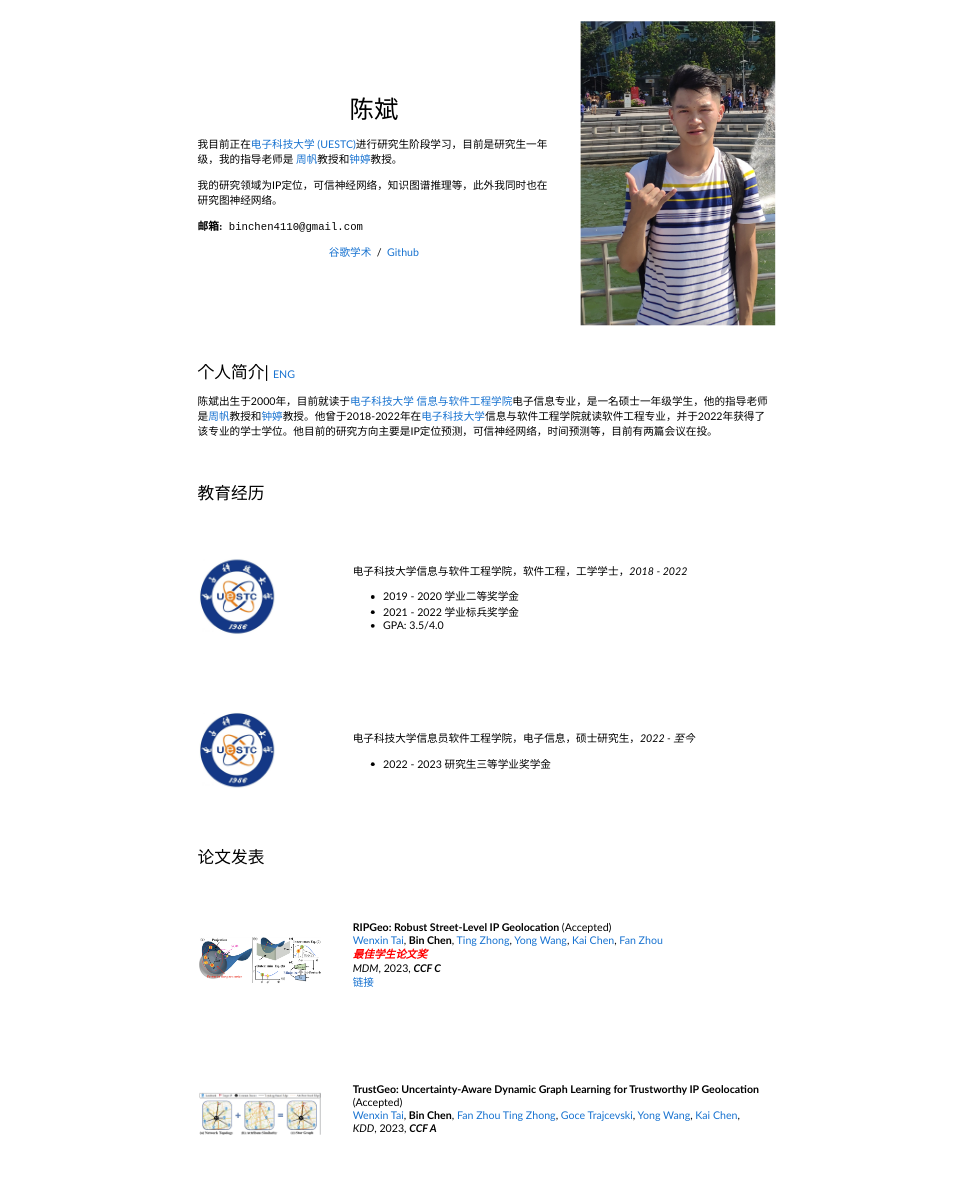
Repository: b1nchen/b1nchen.github.io
Page: index_CHN.html
An editor plug-in stored every save of this project. The page is shown before and after a run of saves, followed by the edit.
The browser window is 1280 px wide. The pictures show the part of the page from y = 0 to 1578 px (the page is 1950 px tall), at 76% of full size.
A picture or video elsewhere on the page could not be fetched, so the positions and the page height are approximate.

Above is the page before, as saved 2023-07-06 11:16:08.

### index_CHN.html
<!DOCTYPE HTML>
<html lang="en">

<head>
  <meta http-equiv="Content-Type" content="text/html; charset=UTF-8">

  <title>Bin Chen</title>

  <meta name="author" content="Bin Chen">
  <meta name="viewport" content="width=device-width, initial-scale=1">

  <link rel="stylesheet" type="text/css" href="stylesheet.css">
  <link rel="icon" href="images/uestc_icon.jpeg">
</head>

<body>
  <table
    style="width:100%;max-width:800px;border:0px;border-spacing:0px;border-collapse:separate;margin-right:auto;margin-left:auto;">
    <tbody>
      <tr style="padding:0px">
        <td style="padding:0px">
          <table
            style="width:100%;border:0px;border-spacing:0px;border-collapse:separate;margin-right:auto;margin-left:auto;">
            <tbody>
              <tr style="padding:0px">
                <td style="padding:2.5%;width:63%;vertical-align:middle">
                  <p style="text-align:center">
                    <name>陈斌</name>
                  </p>
                  <p>我目前正在<a href="https://en.uestc.edu.cn/">电子科技大学 (UESTC)</a>进行研究生阶段学习，目前是研究生一年级，我的指导老师是 <a
                      href="https://scholar.google.com/citations?user=Ihj2Rw8AAAAJ">周帆</a>教授和<a
                      href="https://scholar.google.com/citations?user=Mdr0XDkAAAAJ">钟婷</a>教授。
                  </p>
                  <p>
                    我的研究领域为IP定位，可信神经网络，知识图谱推理等，此外我同时也在研究图神经网络。
                  </p>
                  <p style="font-family: 'Courier New', Courier, monospace;">
                    <b style="font-family: 'Times New Roman', Times, serif;">邮箱:</b> binchen4110@gmail.com
                    <br>
                    <!-- &nbsp &nbsp &nbsp
                    haoyang[dot]yu417[at]outlook.com <br> -->


                  </p>
                  <p style="text-align:center">
                    <!-- <a href="resume/resume_chn.pdf">个人简历</a> &nbsp/&nbsp -->
                    <a>谷歌学术</a>
                    &nbsp/&nbsp
                    <a href="https://github.com/binchen4110/">Github</a>
                  </p>

                </td>
                <td style="padding:2.5%;width:40%;max-width:40%">
                  <a href="images/profile.jpg"><img style="width:100%;max-width:100%" alt="profile photo"
                      src="images/profile.jpg" class="hoverZoomLink"></a>
                </td>
              </tr>
            </tbody>
          </table>

          <table
            style="width:100%;border:0px;border-spacing:0px;border-collapse:separate;margin-right:auto;margin-left:auto;">
            <tbody>
              <tr>
                <td style="padding:20px;width:100%;vertical-align:middle">
                  <heading>个人简介| <a href="index.html">ENG</a>
                  </heading>
                  <p>
                    陈斌出生于2000年，目前就读于<a
                    href="https://www.uestc.edu.cn/">电子科技大学</a>  <a
                    href="https://www.sise.uestc.edu.cn/">信息与软件工程学院</a>电子信息专业，是一名硕士一年级学生，他的指导老师是<a
                      href="https://scholar.google.com/citations?user=Ihj2Rw8AAAAJ">周帆</a>教授和<a
                      href="https://scholar.google.com/citations?user=Mdr0XDkAAAAJ">钟婷</a>教授。他曾于2018-2022年在<a href="https://www.uestc.edu.cn/">电子科技大学</a>信息与软件工程学院就读软件工程专业，并于2022年获得了该专业的学士学位。他目前的研究方向主要是IP定位预测，可信神经网络，时间预测等，目前有两篇会议在投。<br>

                  </p>
                </td>
              </tr>
            </tbody>
          </table>
          <table
            style="width:100%;border:0px;border-spacing:0px;border-collapse:separate;margin-right:auto;margin-left:auto;">
            <tbody>

            </tbody>
          </table>

          <table
            style="width:100%;border:0px;border-spacing:0px;border-collapse:separate;margin-right:auto;margin-left:auto;">
            <tbody>
              <tr>
                <td style="padding:20px;width:100%;vertical-align:middle">
                  <heading>教育经历</heading>
                </td>
              </tr>
            </tbody>
          </table>
          <table width="100%" align="center" border="0" cellpadding="20">
            <tbody>

              <tr>
                <td style="padding:20px;width:25%;vertical-align:middle">
                  <div class="flexbox">
                    <img src='images/uestc_icon.jpeg' width="100px">
                  </div>
                </td>
                <td style="padding:20px;width:75%;vertical-align:middle">
                  <p>电子科技大学信息与软件工程学院，软件工程，工学学士，<em>2018 -  2022 </em></p>
                  <ul>
                    <li>
                      2019 - 2020 学业二等奖学金
                    </li>
                    <li>
                      2021 - 2022 学业标兵奖学金
                    </li>
                    <li>
                      GPA: 3.5/4.0
                    </li>
                  </ul>
                  <p> </p>
                </td>
              </tr>


              <tr>
                <td style="padding:20px;width:25%;vertical-align:middle">
                  <div class="flexbox">
                    <img src='images/uestc_icon.jpeg' width="100px">
                  </div>
                </td>
                <td style="padding:20px;width:75%;vertical-align:middle">
                  <p>电子科技大学信息员软件工程学院，电子信息，硕士研究生，<em>2022 - 至今</em></p>
                  <ul>
                    <li>2022 - 2023 研究生三等学业奖学金</li>
                  </ul>
                </td>
              </tr>


              <!-- <tr>
                <td align="center" style="padding:20px;width:25%;vertical-align:middle">
                  <heading>Basically <br> Blog Posts</heading>
                </td>
                <td width="75%" valign="middle">
                  <a href="https://arxiv.org/abs/2112.11687">Squareplus: A Softplus-Like Algebraic Rectifier</a>
                  <br>
                  <a href="https://arxiv.org/abs/2010.09714">A Convenient Generalization of Schlick's Bias and Gain
                    Functions</a>
                  <br>
                  <a href="https://arxiv.org/abs/1704.07483">Continuously Differentiable Exponential Linear Units</a>
                </td>
              </tr> -->


            </tbody>
          </table>

          <table width="100%" align="center" border="0" cellspacing="0" cellpadding="20">
            <tbody>
              <tr>
                <td>
                  <heading>论文发表</heading>
                </td>
              </tr>
            </tbody>
          </table>
          <table width="100%" align="center" border="0" cellpadding="20">
            <tbody>

              <!-- MDM 2023 -->
                <tr onmouseout="ripgeo_data()" onmouseover="ripgeo_para()">
                  <td style="padding:20px;width:25%;vertical-align:middle">
                    <div class="one">
                      <div class="two" id='data'>
                        <img src='images/ripgeo_perturb_data.png' width="160">


                      </div>
                      <img src="images/ripgeo_perturb_para.png" width="160">
                    </div>
                    <script type="text/javascript">
                      function ripgeo_data() {
                        document.getElementById('data').style.opacity = "0";
                      }

                      function ripgeo_para() {
                        document.getElementById('data').style.opacity = "1";
                      }
                      ripgeo_data()
                    </script>
                  </td>
                  <td style="padding:20px;width:75%;vertical-align:middle">

                    <papertitle>RIPGeo: Robust Street-Level IP Geolocation </papertitle>(Accepted)

                    <br>
                    <a href="https://scholar.google.com/citations?user=YyxocAIAAAAJ">Wenxin Tai</a>,
                    <strong>Bin Chen</strong>,
                    <a href="https://scholar.google.com/citations?user=Mdr0XDkAAAAJ">Ting Zhong</a>,
                    <a>Yong Wang</a>,
                    <a href="https://scholar.google.com/citations?user=tnRV5QYAAAAJ">Kai Chen</a>,
                    <a href="https://scholar.google.com/citations?user=Ihj2Rw8AAAAJ">Fan Zhou</a>

                    <br>
                    <em><b style="color:red">最佳学生论文奖</b></em>
                    <br>
                    <em>MDM</em>, 2023, <em><strong>CCF C</strong></em>
                    <br>
                    <a href="https://drive.google.com/file/d/1PgxtmzdQAYr9Ti3rvHGgnyf05PbP-WwI/view?usp=drive_link">链接</a>
                    <!-- <a href="https://ieeexplore.ieee.org/document/9747900">链接</a>,
                    <a href="https://youtu.be/uT1pEfHbo14">视频</a>,
                    <a href="papers/ICASSP_5513_poster.pdf">海报</a>,
                    <a href="papers/ICASSP_slides.pptx">幻灯片</a>,
                    <a href="papers/ICASSP_2022_FUFI.pdf">下载</a>
                    <p></p>
                    <p>We incorporate evidential learning into IP geolocation to improve the stability of the system.. -->
                    </p>
                  </td>
                </tr>


                <!-- KDD 2023 -->
                <tr onmouseout="FUFI_intro()" onmouseover="FUFI_end()">
                  <td style="padding:20px;width:25%;vertical-align:middle">
                    <div class="one">
                      <div class="two" id='method'>
                        <img src='images/trustgeo_method.png' width="160">


                      </div>
                      <img src="images/trustgeo_model.png" width="160">
                    </div>
                    <script type="text/javascript">
                      function FUFI_intro() {
                        document.getElementById('method').style.opacity = "0";
                      }

                      function FUFI_end() {
                        document.getElementById('method').style.opacity = "1";
                      }
                      FUFI_intro()
                    </script>
                  </td>
                  <td style="padding:20px;width:75%;vertical-align:middle">

                    <papertitle>TrustGeo: Uncertainty-Aware Dynamic Graph Learning for Trustworthy IP Geolocation </papertitle>(Accepted)

                    <br>
                    <a href="https://scholar.google.com/citations?user=YyxocAIAAAAJ">Wenxin Tai</a>,
                    <strong>Bin Chen</strong>,
                    <a href="https://scholar.google.com/citations?user=Ihj2Rw8AAAAJ">Fan Zhou</a>
                    <a href="https://scholar.google.com/citations?user=Mdr0XDkAAAAJ">Ting Zhong</a>,
                    <a href="https://scholar.google.com/citations?user=Avus2kcAAAAJ">Goce Trajcevski</a>,
                    <a>Yong Wang</a>,
                    <a href="https://scholar.google.com/citations?user=tnRV5QYAAAAJ">Kai Chen</a>,

                    <br>
                    <em>KDD</em>, 2023, <em><strong>CCF A</strong></em>
                    <br>
                    <!-- <a href="https://ieeexplore.ieee.org/document/9747900">链接</a>,
                    <a href="https://youtu.be/uT1pEfHbo14">视频</a>,
                    <a href="papers/ICASSP_5513_poster.pdf">海报</a>,
                    <a href="papers/ICASSP_slides.pptx">幻灯片</a>,
                    <a href="papers/ICASSP_2022_FUFI.pdf">下载</a>
                    <p></p>
                    <p>We incorporate evidential learning into IP geolocation to improve the stability of the system.. -->
                    </p>
                  </td>
                </tr>


              </tbody>
          </table>
        </td>
      </tr>
  </table>
  <center>
  <p>
    <font size="2">
      <font size="2">
        <font size="2">&nbsp;<br>自2023年2月来的第
          &nbsp; <a href="https://www.easycounter.com/">
            <img src="https://www.easycounter.com/counter.php?hyson"
            border="0" alt="Web Site Hit Counter"></a> <i>
            <font face="Arial" size="2"></font>
          </i></font>位独立访客
      </font>
    </font>
  </p>


  <!-- <p><script type="text/javascript" id="clustrmaps" src="//clustrmaps.com/map_v2.js?d=zTeQ7rUwgmcb-VHkgGnJarI7gvpzTVAFessGPwxe0HU&cl=ffffff&w=a"></script></p> -->
  <p style="color: #AAAAAA;">© 2023 陈斌 | Powered by <a href="https://pattonyu.github.io/">余昊扬</a> and <a href="https://jonbarron.info/">Jon Barron </a> | 更新时间
      2023-02-28 |
      友情链接: <a href="https://xovee.cn">Xovee Xu</a></p>
  </center>
</body>

</html>

### stylesheet.css
/* latin-ext */
@font-face {
  font-family: 'Lato';
  font-style: italic;
  font-weight: 400;
  src: local('Lato Italic'), local('Lato-Italic'), url(https://fonts.gstatic.com/s/lato/v15/S6u8w4BMUTPHjxsAUi-qNiXg7eU0.woff2) format('woff2');
  unicode-range: U+0100-024F, U+0259, U+1E00-1EFF, U+2020, U+20A0-20AB, U+20AD-20CF, U+2113, U+2C60-2C7F, U+A720-A7FF;
}
/* latin */
@font-face {
  font-family: 'Lato';
  font-style: italic;
  font-weight: 400;
  src: local('Lato Italic'), local('Lato-Italic'), url(https://fonts.gstatic.com/s/lato/v15/S6u8w4BMUTPHjxsAXC-qNiXg7Q.woff2) format('woff2');
  unicode-range: U+0000-00FF, U+0131, U+0152-0153, U+02BB-02BC, U+02C6, U+02DA, U+02DC, U+2000-206F, U+2074, U+20AC, U+2122, U+2191, U+2193, U+2212, U+2215, U+FEFF, U+FFFD;
}
/* latin-ext */
@font-face {
  font-family: 'Lato';
  font-style: italic;
  font-weight: 700;
  src: local('Lato Bold Italic'), local('Lato-BoldItalic'), url(https://fonts.gstatic.com/s/lato/v15/S6u_w4BMUTPHjxsI5wq_FQftx9897sxZ.woff2) format('woff2');
  unicode-range: U+0100-024F, U+0259, U+1E00-1EFF, U+2020, U+20A0-20AB, U+20AD-20CF, U+2113, U+2C60-2C7F, U+A720-A7FF;
}
/* latin */
@font-face {
  font-family: 'Lato';
  font-style: italic;
  font-weight: 700;
  src: local('Lato Bold Italic'), local('Lato-BoldItalic'), url(https://fonts.gstatic.com/s/lato/v15/S6u_w4BMUTPHjxsI5wq_Gwftx9897g.woff2) format('woff2');
  unicode-range: U+0000-00FF, U+0131, U+0152-0153, U+02BB-02BC, U+02C6, U+02DA, U+02DC, U+2000-206F, U+2074, U+20AC, U+2122, U+2191, U+2193, U+2212, U+2215, U+FEFF, U+FFFD;
}
/* latin-ext */
@font-face {
  font-family: 'Lato';
  font-style: normal;
  font-weight: 400;
  src: local('Lato Regular'), local('Lato-Regular'), url(https://fonts.gstatic.com/s/lato/v15/S6uyw4BMUTPHjxAwXiWtFCfQ7A.woff2) format('woff2');
  unicode-range: U+0100-024F, U+0259, U+1E00-1EFF, U+2020, U+20A0-20AB, U+20AD-20CF, U+2113, U+2C60-2C7F, U+A720-A7FF;
}
/* latin */
@font-face {
  font-family: 'Lato';
  font-style: normal;
  font-weight: 400;
  src: local('Lato Regular'), local('Lato-Regular'), url(https://fonts.gstatic.com/s/lato/v15/S6uyw4BMUTPHjx4wXiWtFCc.woff2) format('woff2');
  unicode-range: U+0000-00FF, U+0131, U+0152-0153, U+02BB-02BC, U+02C6, U+02DA, U+02DC, U+2000-206F, U+2074, U+20AC, U+2122, U+2191, U+2193, U+2212, U+2215, U+FEFF, U+FFFD;
}
/* latin-ext */
@font-face {
  font-family: 'Lato';
  font-style: normal;
  font-weight: 700;
  src: local('Lato Bold'), local('Lato-Bold'), url(https://fonts.gstatic.com/s/lato/v15/S6u9w4BMUTPHh6UVSwaPGQ3q5d0N7w.woff2) format('woff2');
  unicode-range: U+0100-024F, U+0259, U+1E00-1EFF, U+2020, U+20A0-20AB, U+20AD-20CF, U+2113, U+2C60-2C7F, U+A720-A7FF;
}
/* latin */
@font-face {
  font-family: 'Lato';
  font-style: normal;
  font-weight: 700;
  src: local('Lato Bold'), local('Lato-Bold'), url(https://fonts.gstatic.com/s/lato/v15/S6u9w4BMUTPHh6UVSwiPGQ3q5d0.woff2) format('woff2');
  unicode-range: U+0000-00FF, U+0131, U+0152-0153, U+02BB-02BC, U+02C6, U+02DA, U+02DC, U+2000-206F, U+2074, U+20AC, U+2122, U+2191, U+2193, U+2212, U+2215, U+FEFF, U+FFFD;
}

a {
  color: #1772d0;
  text-decoration: none;
}

a:focus,
a:hover {
  color: #f09228;
  text-decoration: none;
}

body,
td,
th,
tr,
p,
a {
  font-family: 'Lato', Verdana, Helvetica, sans-serif;
  font-size: 14px
}

strong {
  font-family: 'Lato', Verdana, Helvetica, sans-serif;
  font-size: 14px;
}

heading {
  font-family: 'Lato', Verdana, Helvetica, sans-serif;
  font-size: 22px;
}

papertitle {
  font-family: 'Lato', Verdana, Helvetica, sans-serif;
  font-size: 14px;
  font-weight: 700
}

name {
  font-family: 'Courier New', Courier, monospace;
  font-size: 32px;
}


.flexbox{
  width: 160px;
  height: 160px;
  display: flex;
  align-items: center;
  justify-items: center;
  /* text-align: center; */
}

.flexbox img{
  justify-items: center;
  align-items: center;
  /* text-align: center; */
}


.one {
  width: 160px;
  height: 160px;
  display: flex;
  position: relative;
  align-items: center;
}

.one img{
  width: 160px;
  align-items: center;
}

.two {
  width: 160px;
  height: 160px;
  display: flex;
  position: absolute;
  transition: opacity .2s ease-in-out;
  -moz-transition: opacity .2s ease-in-out;
  -webkit-transition: opacity .2s ease-in-out;
  align-items: center;
}

.two img{
  width: 160px;
  align-items: center;
}

.fade {
  transition: opacity .2s ease-in-out;
  -moz-transition: opacity .2s ease-in-out;
  -webkit-transition: opacity .2s ease-in-out;
}

span.highlight {
  background-color: #ffffd0;
}

After the next 2 saves:
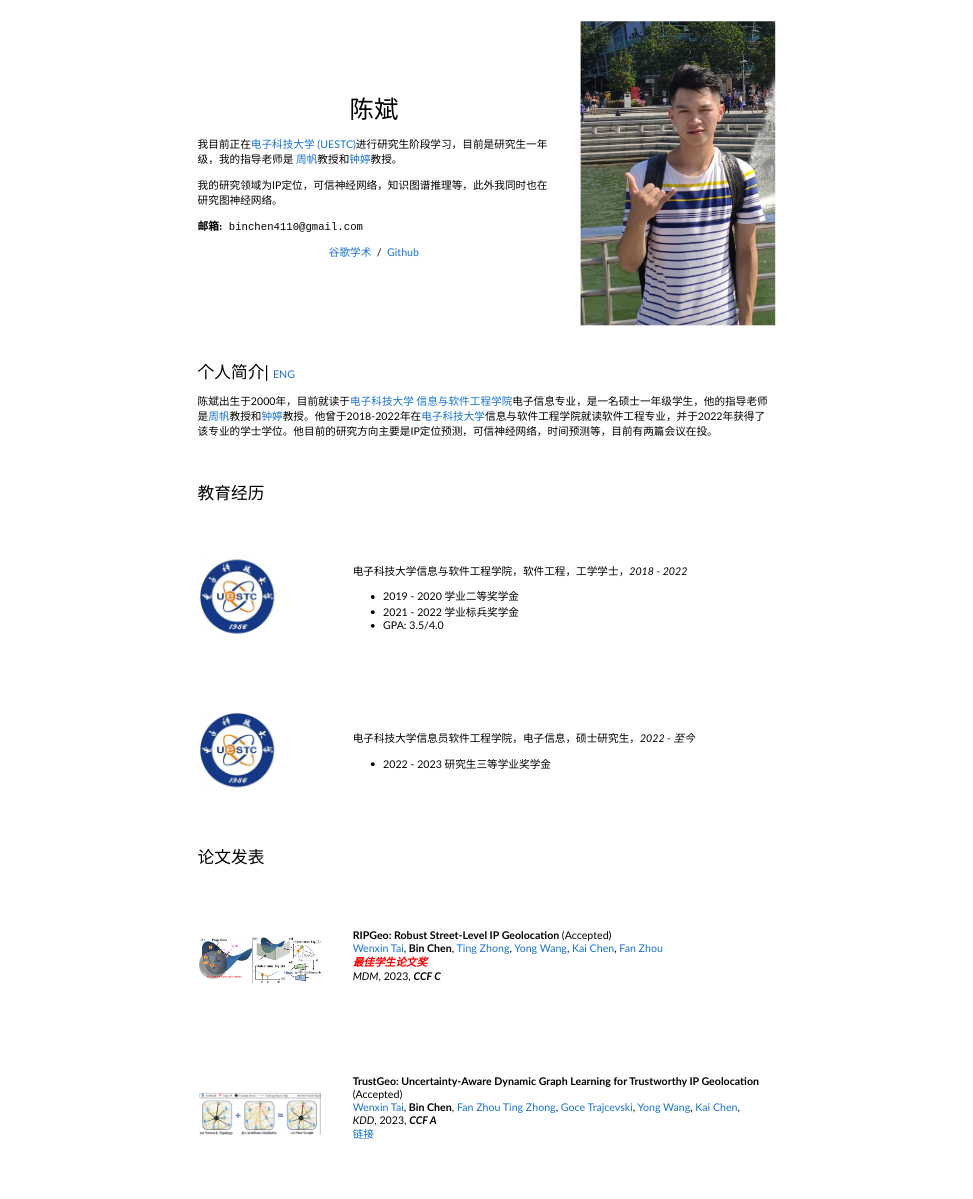
The 2 saves are shown as one change because they came seconds apart.
The last was saved 12 s later.
--- a/index_CHN.html
+++ b/index_CHN.html
@@ -205,7 +205,7 @@
                     <br>
                     <em>MDM</em>, 2023, <em><strong>CCF C</strong></em>
                     <br>
-                    <a href="https://drive.google.com/file/d/1PgxtmzdQAYr9Ti3rvHGgnyf05PbP-WwI/view?usp=drive_link">链接</a>
+
                     <!-- <a href="https://ieeexplore.ieee.org/document/9747900">链接</a>,
                     <a href="https://youtu.be/uT1pEfHbo14">视频</a>,
                     <a href="papers/ICASSP_5513_poster.pdf">海报</a>,
@@ -256,6 +256,7 @@
                     <br>
                     <em>KDD</em>, 2023, <em><strong>CCF A</strong></em>
                     <br>
+                    <a href="https://drive.google.com/file/d/1PgxtmzdQAYr9Ti3rvHGgnyf05PbP-WwI/view?usp=drive_link">链接</a>
                     <!-- <a href="https://ieeexplore.ieee.org/document/9747900">链接</a>,
                     <a href="https://youtu.be/uT1pEfHbo14">视频</a>,
                     <a href="papers/ICASSP_5513_poster.pdf">海报</a>,
